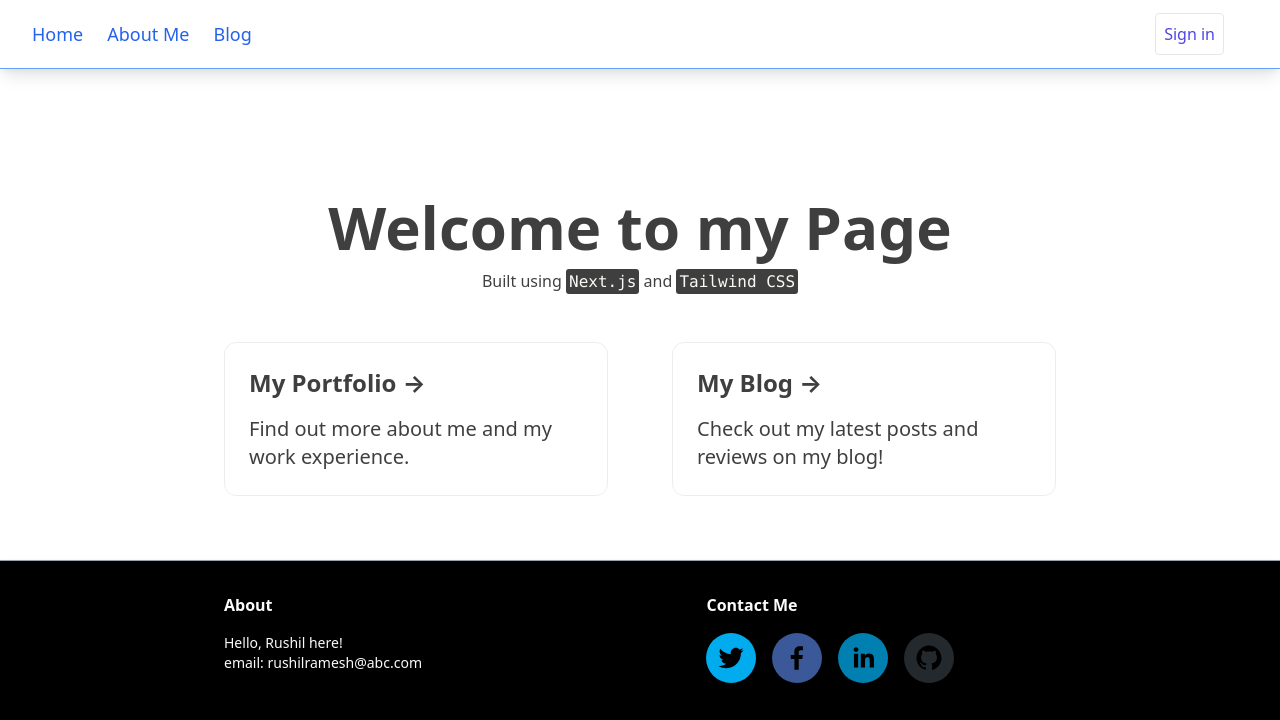
Repository: rushilramesh/portfolio-page
Page: /
An editor plug-in stored every save of this project. The page is shown before and after the next save, followed by the edit.
The browser window is 1280 px wide. The pictures show the whole page.
The page's requests for data from a server got no answer. The project was rebuilt for these pictures with package versions that can differ from the ones it lists, and the page was loaded fresh each time. The framework's server and built-in components were replaced by stand-ins that run in the browser. No one was signed in, and anything a server would have sent is missing. Also part of the build but not shown: next.config.js.

Above is the page before, as saved 2021-05-24 12:46:42.

### pages/_app.tsx
import { AppProps } from 'next/dist/next-server/lib/router/router';
import '../styles/globals.css'
import { Provider } from 'next-auth/client';


function MyApp({ Component, pageProps } : AppProps) {

  return (
    <Provider session={pageProps.session}>
      <Component {...pageProps} />
    </Provider>
  )

}

export default MyApp

### pages/index.tsx
import Head from 'next/head'
import Image from 'next/image'
import Link from 'next/link'
import Layout from '../components/Layout'
import utilStyles from '../styles/utils.module.css'
import firebaseClient from '../lib/firbaseClient'
import { useAuth } from '../lib/auth'


export default function Home() {

  return (


    <Layout home>
      <Head>
        <title>Personal Portfolio</title>
      </Head>
        <div className="container mx-auto  flex flex-col items-center justify-center w-full mt-32 flex-1 px-20 text-center opacity-75" >

          <h1 className="text-6xl font-bold">
            Welcome to my Page
          </h1>

          <p className="mt-3">
            Built using <code> Next.js</code> and <code>Tailwind CSS</code>
          </p>


          <div className="flex flex-wrap items-center justify-around max-w-4xl mt-6 sm:w-full">
            <Link href="./about">
              <a className="p-6 mt-6 text-left border w-96 rounded-xl hover:bg-indigo-200 focus:text-blue-600">
                <h3 className="text-2xl font-bold">My Portfolio &rarr;</h3>
                <p className="mt-4 text-xl">
                  Find out more about me and my work experience.
                </p>
              </a>
            </Link>

            <Link href="./blog">
              <a className="p-6 mt-6 text-left border w-96 rounded-xl hover:bg-red-200 focus:text-blue-600">
                <h3 className="text-2xl font-bold">My Blog &rarr;</h3>
                <p className="mt-4 text-xl">
                  Check out my latest posts and reviews on my blog!
                </p>
              </a>
            </Link>
          </div>
        </div>

    </Layout>

  )
}

### styles/globals.css
@tailwind base;
@tailwind components;
@tailwind utilities;

code {
    background-color: black;
    color: #f8f8f2;
    padding: 3px;
    border-radius: 3px;
}

### components/Layout.tsx
import Nav from './Nav'
import utilStyles from '../styles/utils.module.css'
import Link from 'next/link'
import { SocialIcon } from 'react-social-icons';

const Layout = ({children, home} : {children: React.ReactNode, home?: boolean, }) => {
    return (
        <div className="flex flex-col width-screen h-screen" >
            <header>
                <Nav />
            </header>
            <div className="container mx-auto mb-488 text-center">
                <main>{children}</main>
            </div>

            <footer  className= {(home) ? " fixed bottom-0 bg-black border-t w-full border-gray-400 shadow text-gray-50 h-40" : "  bg-black border-t border-gray-400 shadow text-gray-50 "}>
            <div className="container max-w-4xl mx-auto flex py-8 ">
                <div className="flex w-full md:w-7/12 ">
                    <div className="px-8">
                        <h3 className="font-bold text-gray-50">About</h3>
                        <p className="py-4 text-gray-50 text-sm">
                            Hello, Rushil here!
                            <br/>
                            email: rushilramesh@abc.com
                        </p>
                    </div>
				</div>

                <div className="flex w-full md:w-1/2 ">
					<div className="px-8">
						<h3 className="font-bold -mb-4 text-gray-50">Contact Me</h3>
						<div className="container justify-center inline-flex mt-8 space-x-4 ">
                            <a href='https://twitter.com/?lang=en'><SocialIcon network="twitter" /></a>
                            <a href='https://www.facebook.com/'><SocialIcon network="facebook" /></a>
                            <a href='https://www.linkedin.com/in/rushil-ramesh-2a8404209/'><SocialIcon network="linkedin" /></a>
                            <a href='https://github.com/rushilramesh'><SocialIcon network="github" /></a>
                        </div>
					</div>
				</div>
            </div>
        </footer>
        </div>
    )
}

export default Layout;

### components/Nav.tsx
/* This example requires Tailwind CSS v2.0+ */
import Link from 'next/link'
import Image from 'next/dist/client/image'
import router, { useRouter } from 'next/router'
import { signIn, signOut, useSession} from 'next-auth/client'


const navs = [
   {name: 'Home', href: '/'},
   {name: 'About Me', href: 'http://localhost:3000/about'},
   {name: 'Blog', href: 'http://localhost:3000/blog'}
]


export default function Nav() {
   const [session, loading] = useSession()

   if (loading) {
      return <h1></h1>
   }

   return (
      <nav id="header" className="w-full z-30 top-10 py-1 bg-white shadow-lg border-b border-blue-400 mt-15">
         <div className="w-full flex items-center justify-between mt-0 px-6 py-2">
         <label  className="cursor-pointer md:hidden block">
            <svg className="fill-current text-blue-600" xmlns="http://www.w3.org/2000/svg" width="20" height="20" viewBox="0 0 20 20">
               <title>menu</title>
               <path d="M0 3h20v2H0V3zm0 6h20v2H0V9zm0 6h20v2H0v-2z"></path>
            </svg>
         </label>
         <input className="hidden" type="checkbox" id="menu-toggle"/>

         <div className="hidden md:flex md:items-center md:w-auto w-full order-3 md:order-1" id="menu">
            <nav>
               <ul className="md:flex items-center justify-between text-base text-blue-600 pt-4 md:pt-0">
                  {navs.map((item) => (
                  <li key={item.name} >
                     <Link href={item.href}>
                        <a className="inline-block no-underline hover:text-black font-medium text-lg py-2 px-4 lg:-ml-2" >{item.name}</a>
                     </Link>
                  </li>))}
               </ul>
            </nav>
         </div>

         <div className="order-2 md:order-3 flex flex-wrap items-center justify-end mr-0 md:mr-4" id="nav-content">
            <div className="auth flex space-x-4 items-center w-full md:w-full">
               { session && (
                  <Image src="/images/displayPhoto.jpeg" alt="DP" width={30} height ={30} className="rounded-full"/>
               )}
               <button className="bg-white text-indigo-600 p-2 rounded border mr-4 hover:bg-gray-100 hover:text-indigo-700">
                  {session ? (
                        <button onClick={e => {
                           e.preventDefault()
                           signOut()
                           router.push('/')
                        }}>Sign Out</button>
                        ) : (
                        <button onClick={e => {
                           e.preventDefault()
                           signIn("Credentials")
                        }}>Sign in</button>
                     )
                  }
               </button>
            </div>
         </div>
         </div>
      </nav>
  )
}

### tailwind.config.js
module.exports = {

  purge: ['./pages/**/*.{js,ts,jsx,tsx}', './components/**/*.{js,ts,jsx,tsx}'],
  darkMode: false, // or 'media' or 'class'
  theme: {
    extend: {
      backgroundImage: theme => ({
        'main-background': "url('/images/background-photo.jpeg')",
      })
    },
  },
  variants: {
    extend: {
      justifyItems: ['hover', 'focus'],
    },
  },
  plugins: [],
}

After the next save:
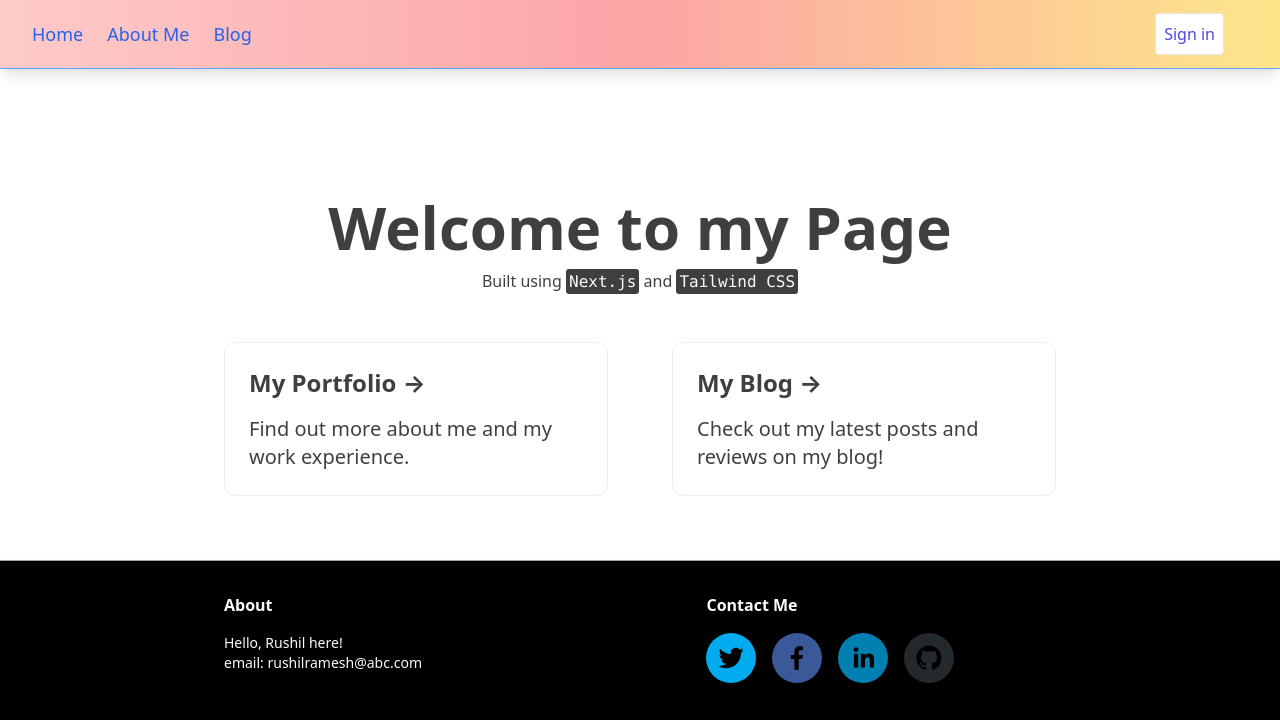
Saved 11 s later.
--- a/components/Nav.tsx
+++ b/components/Nav.tsx
@@ -20,7 +20,7 @@ export default function Nav() {
    }
 
    return (
-      <nav id="header" className="w-full z-30 top-10 py-1 bg-white shadow-lg border-b border-blue-400 mt-15">
+      <nav id="header" className="w-full z-30 top-10 py-1 bg-gradient-to-r from-red-200 via-red-300 to-yellow-200 shadow-lg border-b border-blue-400 mt-15">
          <div className="w-full flex items-center justify-between mt-0 px-6 py-2">
          <label  className="cursor-pointer md:hidden block">
             <svg className="fill-current text-blue-600" xmlns="http://www.w3.org/2000/svg" width="20" height="20" viewBox="0 0 20 20">
